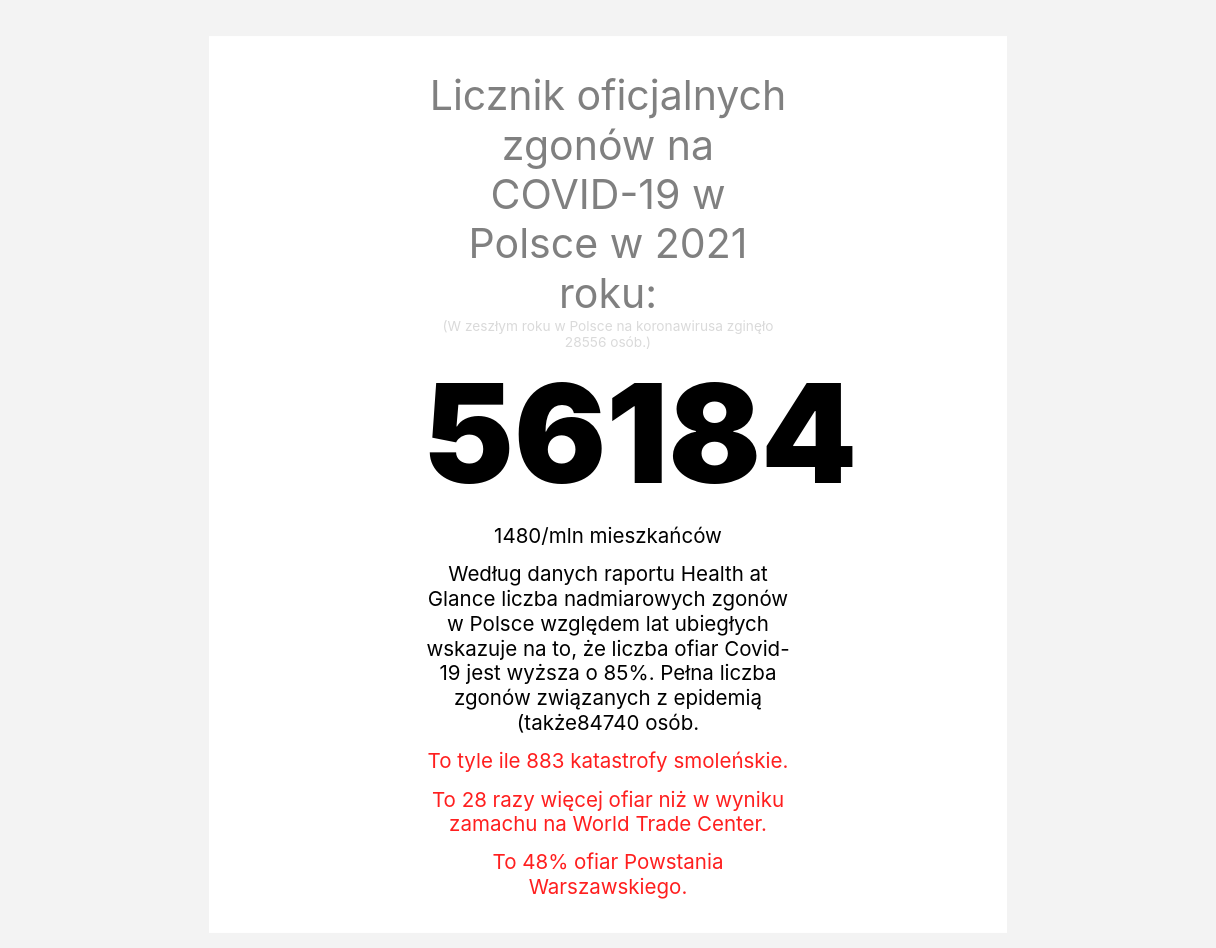
Repository: michalgornicki/poland-covid
Page: /
The author's editor kept a copy of each file at every save. The page is drawn from the files as they stood at one save, then again after a run of saves.
The browser window is 1280 px wide. The pictures show the whole page, at 95% of full size.
The project was rebuilt for these pictures with package versions that can differ from the ones it lists, and the page was loaded fresh each time.

Above is the page before, as saved 2021-12-04 21:11:31.

After the next 10 saves:
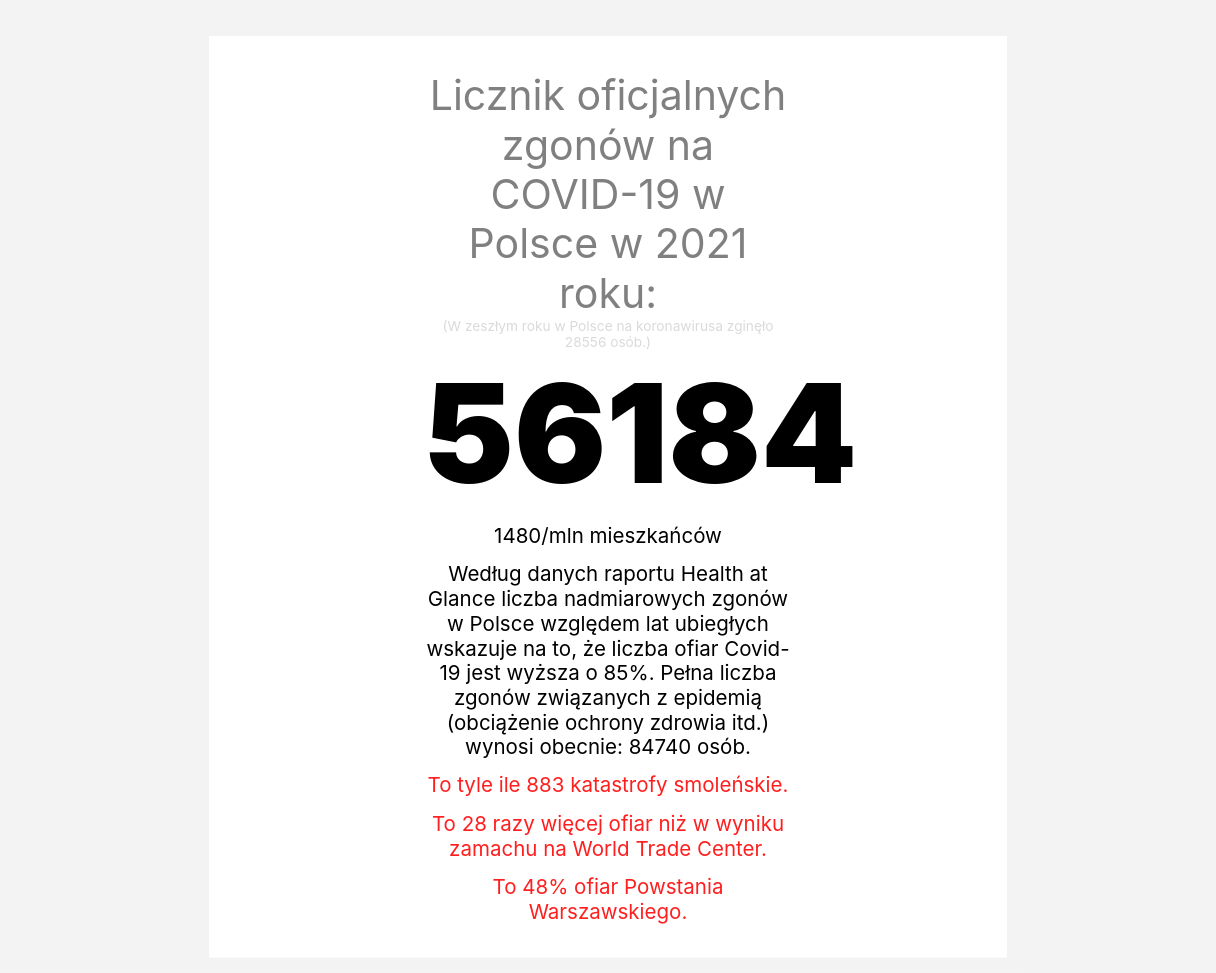
The 10 saves are shown as one change because they came seconds apart.
The last was saved 26 s later.
--- a/src/App.jsx
+++ b/src/App.jsx
@@ -22,7 +22,7 @@ function App() {
     document.getElementsByClassName("counter-3")[0].innerHTML =
       "Łącznie na Covid-19 zginęło w Polsce już " + (deaths + 28556) + " osób.";
       document.getElementsByClassName("counter-3")[0].innerHTML =
-      "Według danych raportu Health at Glance liczba nadmiarowych zgonów w Polsce względem lat ubiegłych wskazuje na to, że liczba ofiar Covid-19 jest wyższa o 85%. Pełna liczba zgonów związanych z epidemią (także" + (deaths + 28556) + " osób.";
+      "Według danych raportu Health at Glance liczba nadmiarowych zgonów w Polsce względem lat ubiegłych wskazuje na to, że liczba ofiar Covid-19 jest wyższa o 85%. Pełna liczba zgonów związanych z epidemią (obciążenie ochrony zdrowia itd.) wynosi obecnie: " + (deaths + 28556) + " osób.";
     document.getElementsByClassName("counter-4")[0].innerHTML =
       "To tyle ile " + smolensk + " katastrofy smoleńskie.";
       document.getElementsByClassName("counter-4")[1].innerHTML =
